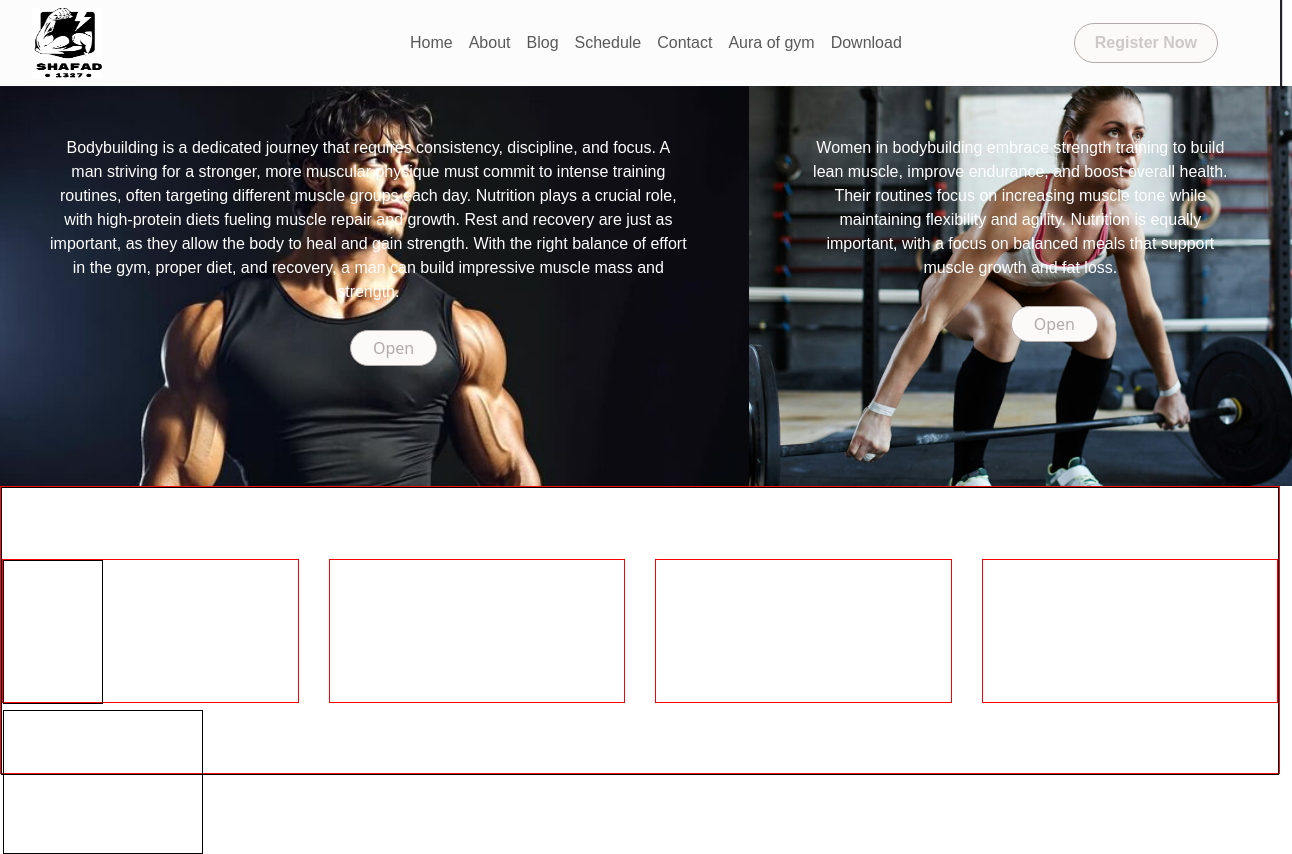
Repository: Daud-shafad/gymwebsite
Page: bootstrap-5.3.3-dist/bootstrap-5.3.3-dist/gym.html
The author's editor kept a copy of each file at every save. The page is drawn from the files as they stood at one save, then again after the next save.
The browser window is 1280 px wide. The page is 1292 px wide, so the pictures cover 1292 px, including what lies to the right of the window. The pictures show the whole page.

Above is the page before, as saved 2024-12-28 14:36:54.

### bootstrap-5.3.3-dist/bootstrap-5.3.3-dist/gym.html
<!DOCTYPE html>
<html lang="en">
<head>
    <title>GYM WEBSITE</title>
    <meta charset="UTF-8">
    <meta name="viewport" content="width=device-width, initial-scale=1.0">
    <meta name="author" content="Daud_Shafad">
    <meta name="Description" content="This gym website front-end part">
    <meta name="keyword" content="html, css, bootstrap, front-end, gym, website">
    <link rel="stylesheet" href="gym.css">
    <link rel="stylesheet" href="css/bootstrap.css">


</head>
<body>

    <nav class="navbar navbar-expand-lg" style="background-color: rgb(253, 252, 252); box-shadow: 1px -1px 1px 1px">
        <div class="container-fluid">
          <img src="power.png" style="width: 70px;
          height: 70px; margin-left: 20px;" >
          <button class="navbar-toggler" type="button" data-bs-toggle="collapse" data-bs-target="#navbarSupportedContent" aria-controls="navbarSupportedContent" aria-expanded="false" aria-label="Toggle navigation">
            <span class="navbar-toggler-icon"></span>
          </button>
          <div class="collapse navbar-collapse" id="navbarSupportedContent" style="font-family: sans-serif;">
            <ul class="navbar-nav me-auto mb-2 mb-lg-0" style="margin-left: 300px;">
              <li class="nav-item" >
                <a class="nav-link" aria-current="page" href="#">Home</a>
              </li>
              <li class="nav-item" >
                <a class="nav-link" href="#">About</a>
              </li>
              <li class="nav-item">
                <a class="nav-link" href="#">Blog</a>
              </li>
              <li class="nav-item">
                <a class="nav-link" aria-disabled="false">Schedule</a>
              </li>
              <li class="nav-item">
                <a class="nav-link" aria-disabled="false">Contact</a>
              </li>
              <li class="nav-item">
                <a class="nav-link" aria-disabled="false">Aura of gym</a>
              </li>
              <li class="nav-item">
                <a class="nav-link" aria-disabled="false">Download</a>
              </li>
              </ul>
           <button class="btn-register">
            Register Now
           </button>
          </div>
        </div>
      </nav>

      <div class="row">
        <div class="col-7">
          <p class="p-man-bodybuilding">Bodybuilding is a dedicated journey that requires consistency, discipline, and focus. A man striving for a stronger, more muscular physique must commit to intense training routines, often targeting different muscle groups each day. Nutrition plays a crucial role, with high-protein diets fueling muscle repair and growth. Rest and recovery are just as important, as they allow the body to heal and gain strength. With the right balance of effort in the gym, proper diet, and recovery, a man can build impressive muscle mass and strength.</p>
          <button class="btn-open-1">Open</button>
        </div>
        <div class="col-5">
        <p class="p-women-bodybuilding">Women in bodybuilding embrace strength training to build lean muscle, improve endurance, and boost overall health. Their routines focus on increasing muscle tone while maintaining flexibility and agility. Nutrition is equally important, with a focus on balanced meals that support muscle growth and fat loss.</p>
        <button class="btn-open-2">Open</button>
    </div>
      </div>

    <section class="section-1">
     <div class="managers-part">
       <div class="part-1">
       <div class="image-1-part">

       </div>
       <div class="info-1-part">

       </div>
       </div>

       <div class="part-2">
       <div class="image-2-part">

       </div>

       <div class="info-2-part">

       </div>
       </div>

       <div class="part-3">
        <div class="image-3-part">

        </div>

        <div class="info-3-part">

        </div>
       </div>

       <div class="part-4">
        <div class="image-4-part">

        </div>

        <div class="info-4-part">

        </div>
       </div>
     </div>

    </section>



    <script src="js/bootstrap.js"></script>


</body>
</html>

### bootstrap-5.3.3-dist/bootstrap-5.3.3-dist/gym.css
*{
    margin:0;
    padding: 0;
}

.btn-register{
    background-color: rgb(252, 249, 249);
    padding: 7px 20px 7px 20px;
    border: 1px solid rgb(177, 171, 171);
    cursor: pointer;
    border-radius: 25px;
    margin-right: 50px;
    font-family: sans-serif;
    font-size: 16px;
    font-weight: 600;
    color: rgb(204, 200, 200);
    text-transform: capitalize;
    transition: all 2s;
}

.btn-register:hover{
   background-color: rgb(177, 171, 171);
   color: rgb(252, 249, 249);
   border: rgb(252, 249, 249);
   letter-spacing: 2px;
   box-shadow: 2px 1px 2px 2px;

}

#navbarSupportedContent:hover{
    letter-spacing: 1px;
    color: black;
    cursor: pointer;
    transition: all 2s;
}

.row .col-7{

    background: url(Trainer3.jpg);
    background-position: center;
    background-size: cover;
    background-repeat: no-repeat;
    height: 400px;

}

.row .col-7 .p-man-bodybuilding{
    font-family: sans-serif;
    font-size: 16px;
    font-weight: 400;
    text-align: center;
    padding: 50px;
    color: white;
}

.row .col-7 .btn-open-1{
   background-color: rgb(252, 249, 249);
   color: rgb(177, 171, 171);
   border: 1px solid rgb(177, 171, 171);
   cursor: pointer;
   border-radius: 25px;
   padding: 5px 22px 5px 22px;
   margin: -40px 50px 50px 350px;
   vertical-align: top;
   transition: all 2s;
}

.row .col-7 .btn-open-1:hover{
    background-color: rgb(177, 171, 171);
    color: rgb(252, 249, 249);
    border: rgb(252, 249, 249);
    letter-spacing: 2px;
    box-shadow: 2px 1px 2px 2px;
}

.row .col-5{
    background: url(Photowomen2.jpg);
    background-position: center;
    background-size: cover;
    background-repeat: no-repeat;
    height: 400px;


}

.row .col-5 .p-women-bodybuilding{
    font-family: sans-serif;
    font-size: 16px;
    font-weight: 400;
    text-align: center;
    padding: 50px;
    color: white;
}

.row .col-5 .btn-open-2{
    background-color: rgb(252, 249, 249);
    color: rgb(177, 171, 171);
    border: 1px solid rgb(177, 171, 171);
    cursor: pointer;
    border-radius: 25px;
    padding: 5px 22px 5px 22px;
    margin: -40px 50px 50px 250px;
    vertical-align: top;
    transition: all 2s;
 }

 .row .col-5 .btn-open-2:hover{
     background-color: rgb(177, 171, 171);
     color: rgb(252, 249, 249);
     border: rgb(252, 249, 249);
     letter-spacing: 2px;
     box-shadow: 2px 1px 2px 2px;
 }

 .section-1{
    display: block;
    position: relative;
    width: 100%;
    height: 40vh;
    border: 1px solid rgb(243, 14, 14);
 }
 .section-1 .managers-part{
    display: flex;
    position: absolute;
    flex-direction: row;
    gap: 30px;
    align-items: center;
    justify-content: center;
    width: 100%;
    height: 40vh;
    border: 1px solid black;
 }

 .section-1 .managers-part .part-1{
    width: 300px;
    height: 20vh;
    border: 1px solid red;
    cursor: pointer
 }

 .section-1 .managers-part .part-1 .image-1-part{
    display: inline-block;
    width: 100px;
    height: 20vh;
    border: 1px solid black;
}

.section-1 .managers-part .part-1 .info-1-part{
    width: 200px;
    height: 20vh;
    border: 1px solid black;
}

 .section-1 .managers-part .part-2{
    width: 300px;
    height: 20vh;
    border: 1px solid red;
    cursor: pointer
 }

 .section-1 .managers-part .part-3{
    width: 300px;
    height: 20vh;
    border: 1px solid red;
    cursor: pointer
 }

 .section-1 .managers-part .part-4{
    width: 300px;
    height: 20vh;
    border: 1px solid red;
    cursor: pointer
 }

Loaded but not shown: bootstrap-5.3.3-dist/bootstrap-5.3.3-dist/css/bootstrap.css (library); bootstrap-5.3.3-dist/bootstrap-5.3.3-dist/js/bootstrap.js (library)

After the next save:
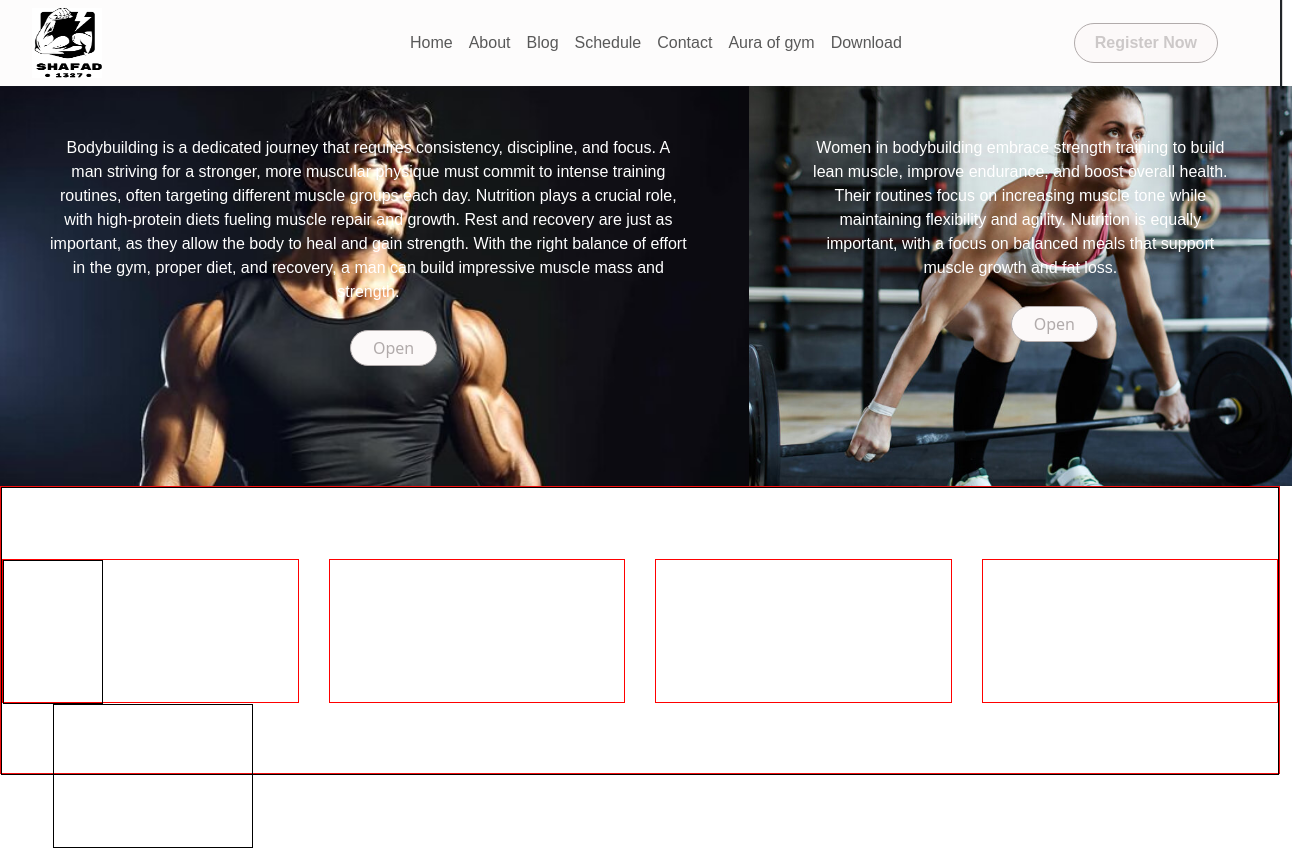
Saved 98 s later.
--- a/bootstrap-5.3.3-dist/bootstrap-5.3.3-dist/gym.css
+++ b/bootstrap-5.3.3-dist/bootstrap-5.3.3-dist/gym.css
@@ -139,7 +139,6 @@
  }
 
  .section-1 .managers-part .part-1 .image-1-part{
-    display: inline-block;
     width: 100px;
     height: 20vh;
     border: 1px solid black;
@@ -148,6 +147,7 @@
 .section-1 .managers-part .part-1 .info-1-part{
     width: 200px;
     height: 20vh;
+    margin-left: 50px;
     border: 1px solid black;
 }
 
